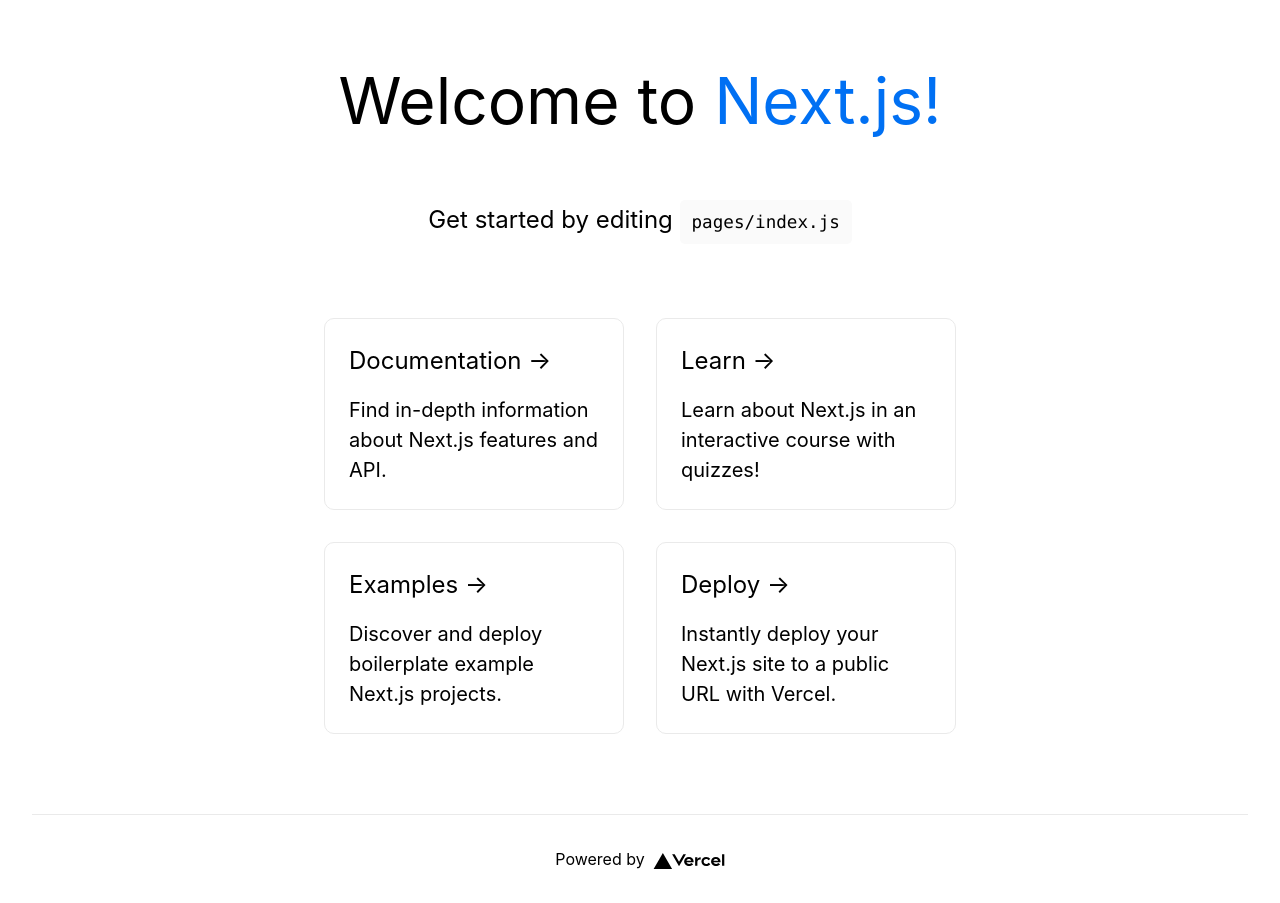
Repository: evergreenx/dictionary-octo
Page: /
The author's editor kept a copy of each file at every save. The page is drawn from the files as they stood at one save, then again after the next save.
The browser window is 1280 px wide. The pictures show the whole page.
The project was rebuilt for these pictures with package versions that can differ from the ones it lists, and the page was loaded fresh each time. The framework's server and built-in components were replaced by stand-ins that run in the browser. Also part of the build but not shown: next.config.js.

Above is the page before, as saved 2022-04-30 14:24:24.

After the next save:
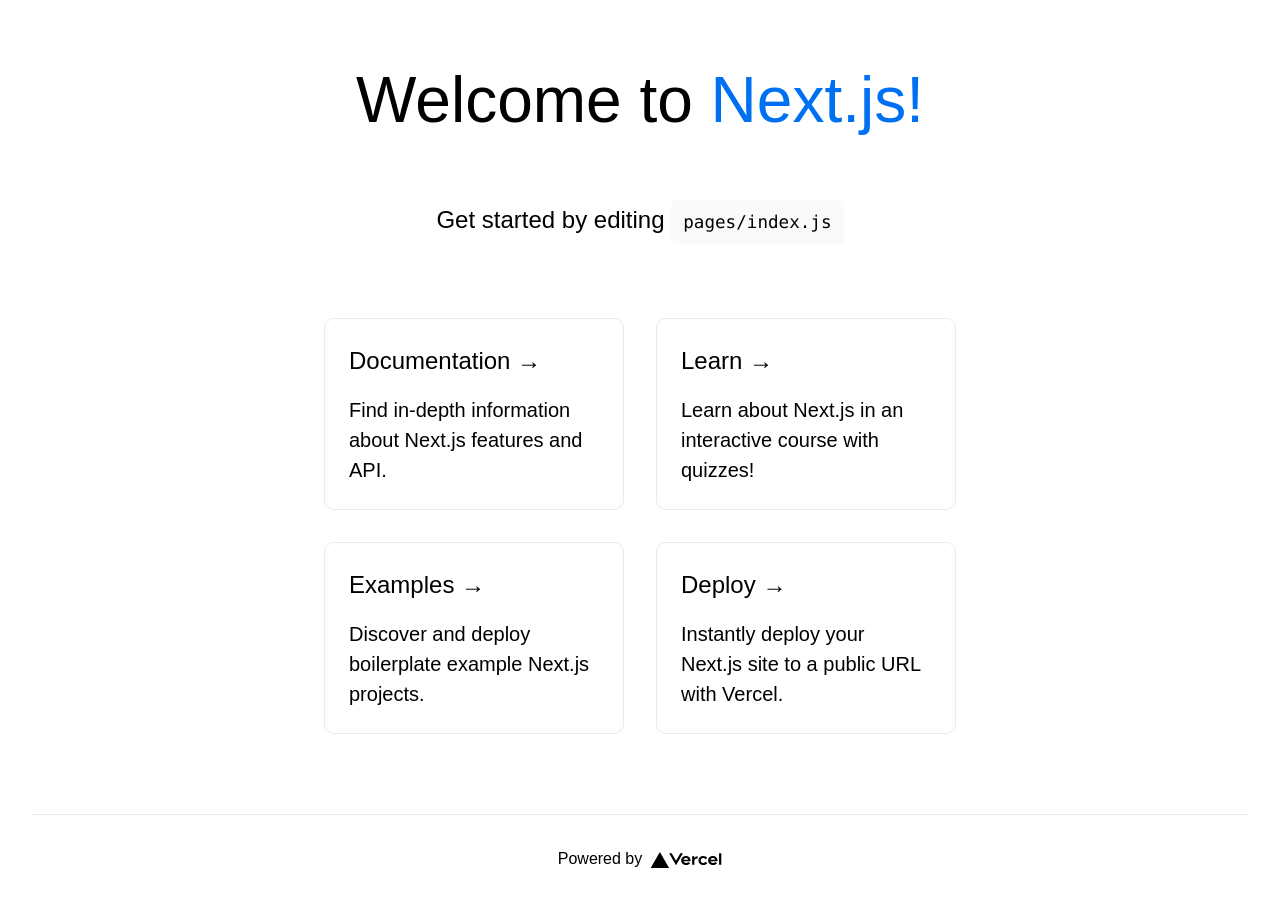
Saved 11 s later.
--- a/styles/globals.css
+++ b/styles/globals.css
@@ -8,8 +8,7 @@
 body {
   padding: 0;
   margin: 0;
-  font-family: -apple-system, BlinkMacSystemFont, Segoe UI, Roboto, Oxygen,
-    Ubuntu, Cantarell, Fira Sans, Droid Sans, Helvetica Neue, sans-serif;
+font-family: 'Quicksand', sans-serif;
 }
 
 a {
